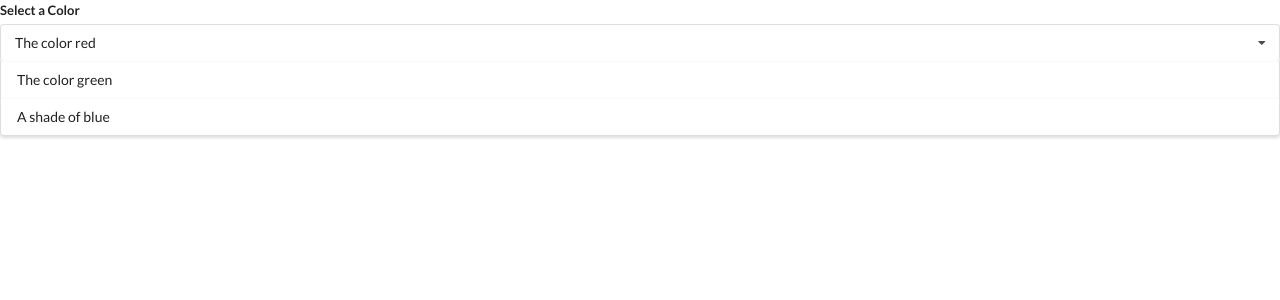
Repository: DaveBaulch/react-course-widgets
Page: /
These files come from the project's save history. The page is drawn as it stood at one moment and after the next save; the edit follows.
The browser window is 1280 px wide. The pictures show the whole page.
The project was rebuilt for these pictures with package versions that can differ from the ones it lists, and the page was loaded fresh each time.

Above is the page before, as saved 2020-12-06 14:13:28.

After the next save:
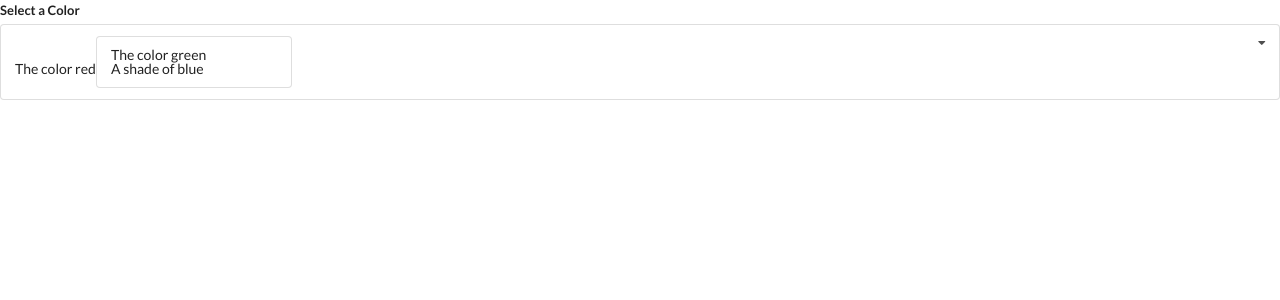
Saved 24 s later.
--- a/src/components/Dropdown.js
+++ b/src/components/Dropdown.js
@@ -29,7 +29,11 @@ const Dropdown = ({ options, selected, onSelectedChange }) => {
         >
           <i className="dropdown icon"></i>
           <div className="text">{selected.label}</div>
-          <div className="menu visible transition">{renderedOptions}</div>
+          <div
+            className={`ui selection dropdown ${open ? 'visible active' : ''}`}
+          >
+            {renderedOptions}
+          </div>
         </div>
       </div>
     </div>
